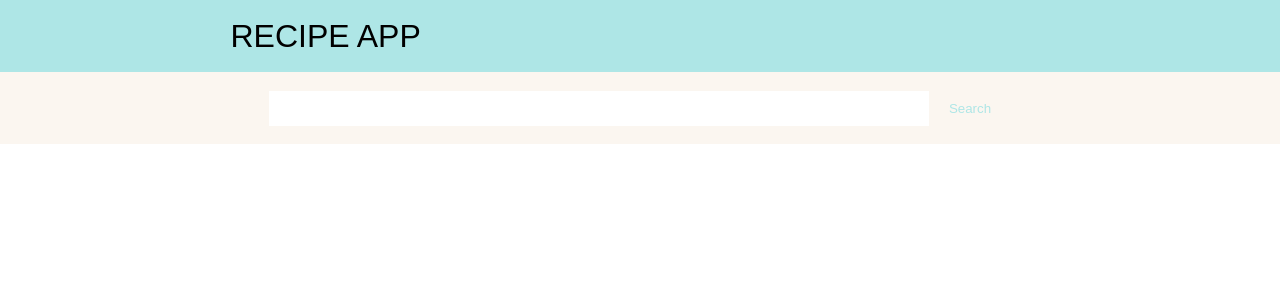
Repository: nilesjamex/recipe-app
Page: /
An editor plug-in stored every save of this project. The page is shown before and after the next save, followed by the edit.
The browser window is 1280 px wide. The pictures show the whole page.
The page's requests for data from a server got no answer. The project was rebuilt for these pictures with package versions that can differ from the ones it lists, and the page was loaded fresh each time. No one was signed in, and anything a server would have sent is missing. Also part of the build but not shown: src/components/Recipe.js.

Above is the page before, as saved 2020-11-30 11:18:04.

After the next save:
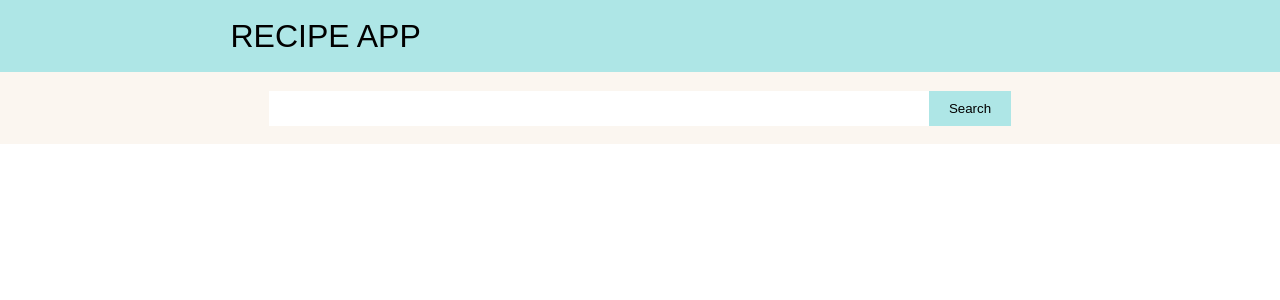
Saved 4 min 28 s later.
--- a/src/App.css
+++ b/src/App.css
@@ -19,10 +19,10 @@
 }
 
 .search-button{
-  background: transparent;
+  background: #aee6e6;
   border: none;
   padding: 10px 20px;
-  color: #aee6e6;
+  color: black;
 }
 
 .recipes{
